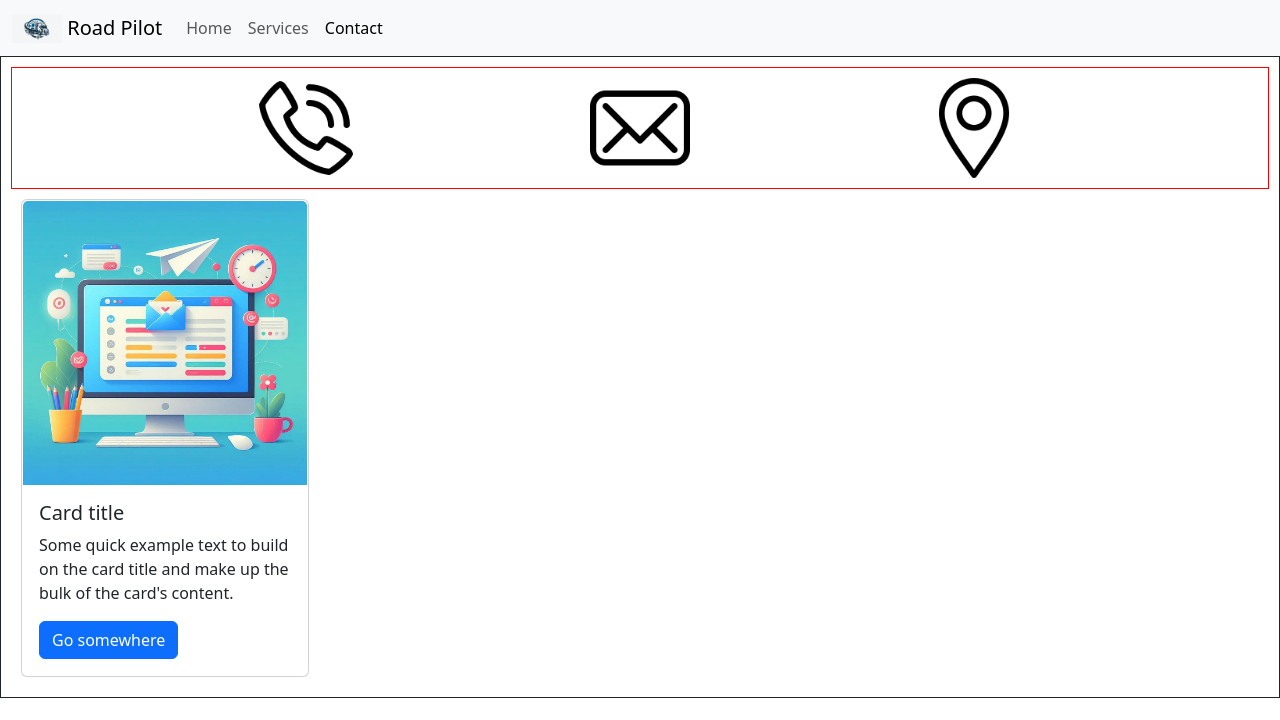
Repository: VictoriousMango/WebCreator
Page: pages/contact.html
An editor plug-in stored every save of this project. The page is shown before and after the next save, followed by the edit.
The browser window is 1280 px wide. The pictures show the whole page.

Above is the page before, as saved 2024-11-09 12:49:27.

After the next save:
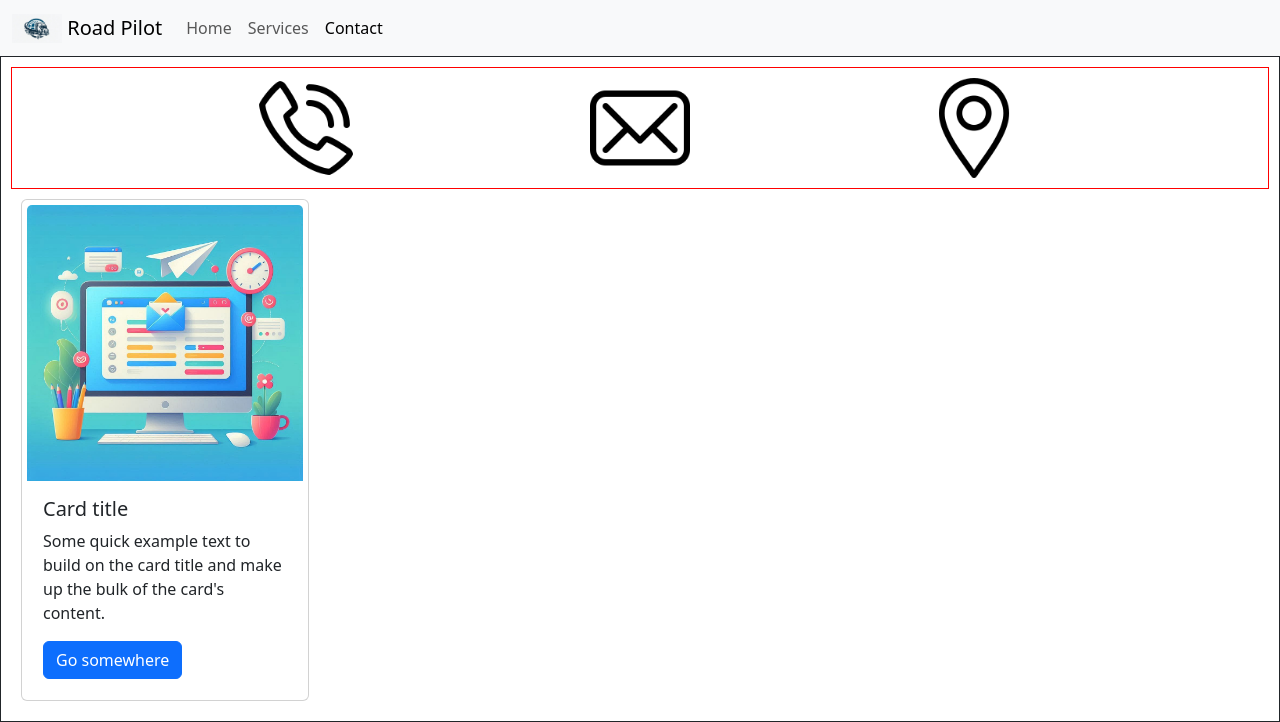
Saved 5 s later.
--- a/assets/css/contact.css
+++ b/assets/css/contact.css
@@ -15,7 +15,7 @@
 }
 
 .card {
-    padding: 1px;
+    padding: 5px;
     margin: 10px;
 }
 
